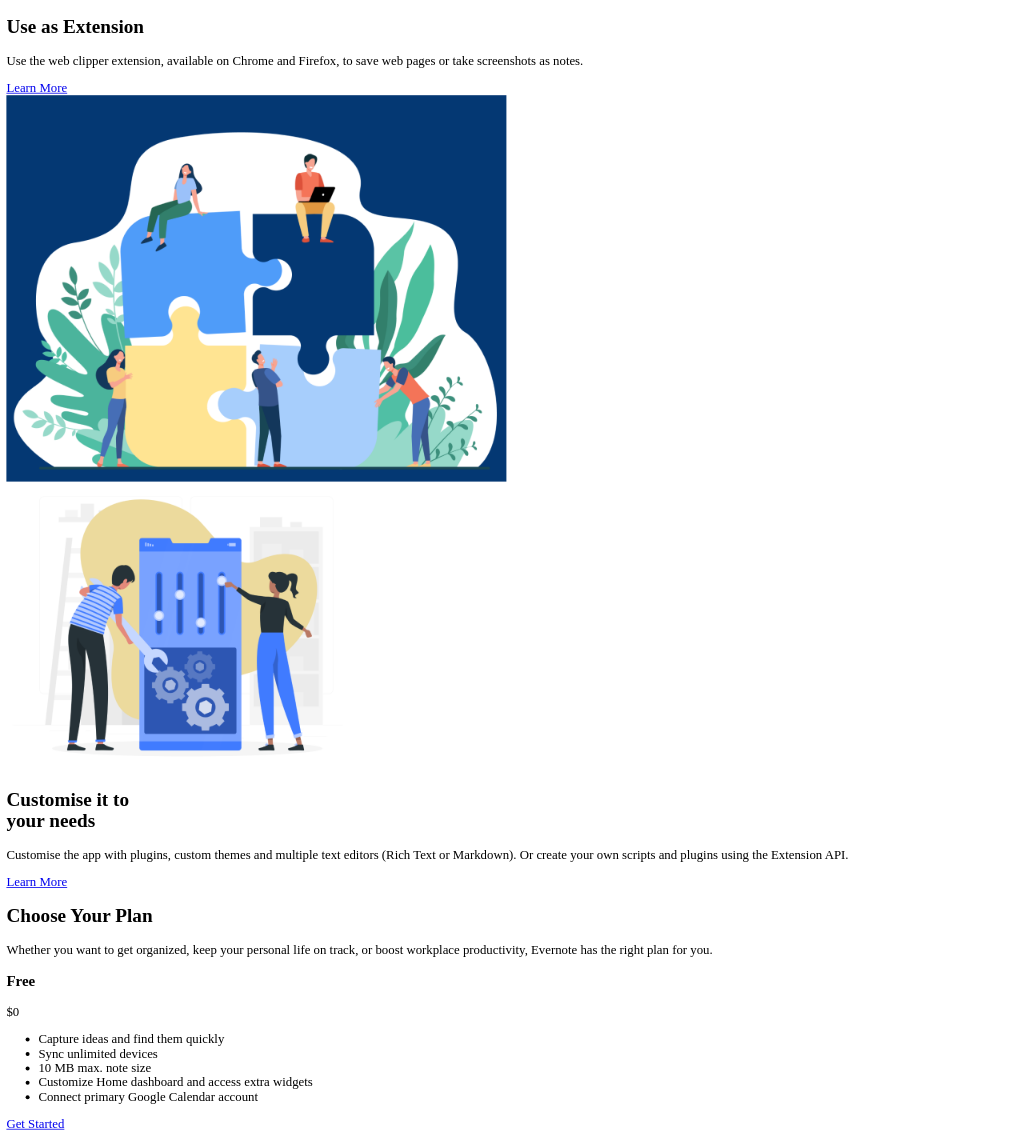
Repository: rinesagajtani0/whitespace_saas
Page: index.html
These files come from the project's save history. The page is drawn as it stood at one moment and after a run of saves; the edit follows.
The browser window is 1280 px wide. The pictures show the whole page, at 80% of full size.

Above is the page before, as saved 2025-11-02 12:14:43.

After the next 4 saves:
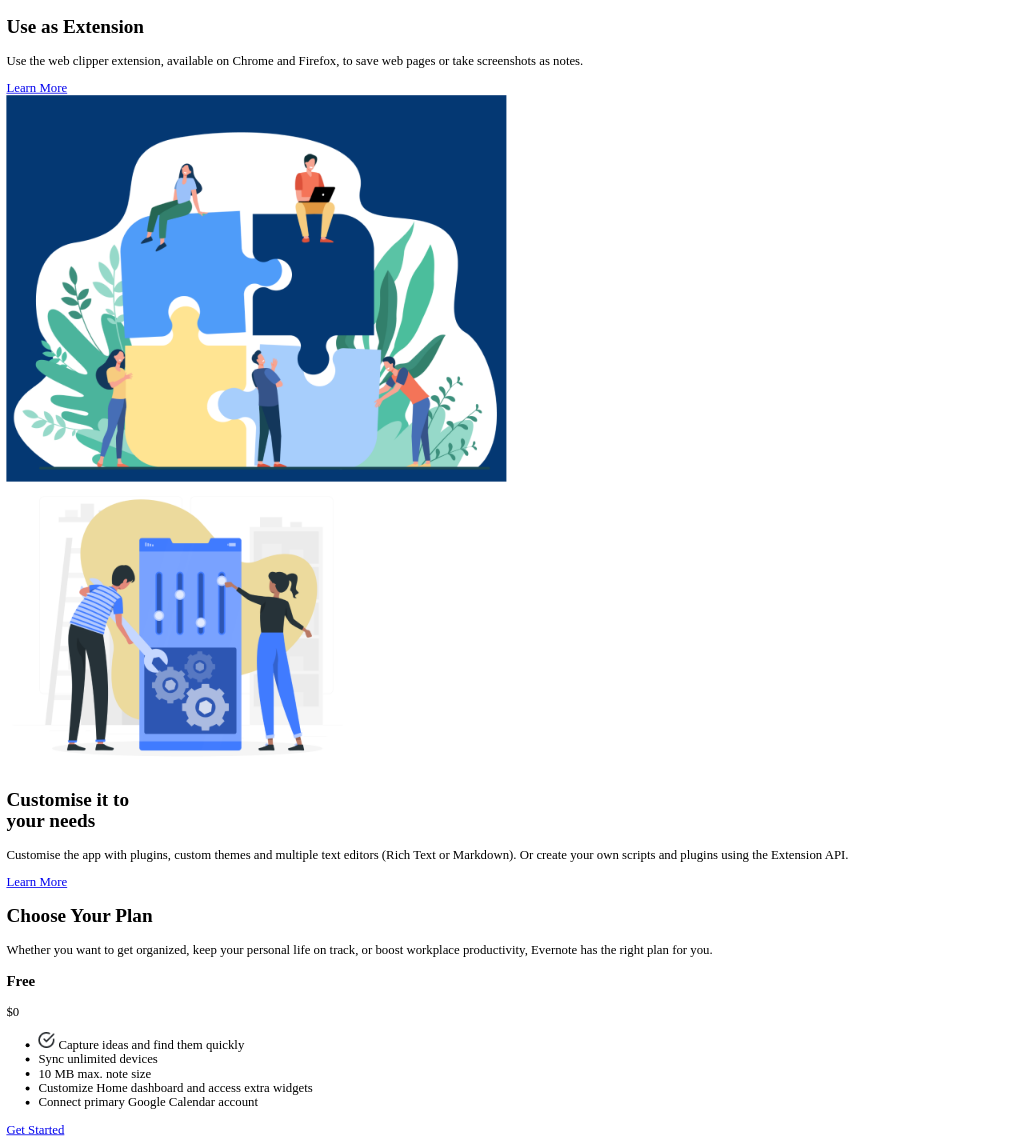
The 4 saves are shown as one change because they came seconds apart.
The last was saved 10 s later.
--- a/index.html
+++ b/index.html
@@ -61,6 +61,7 @@
           <p class="pricing__price">$0</p>
            <ul class="pricing__features">
             <li>
+              <img src="img/Icon.png" alt="">
               Capture ideas and find them quickly</li>
             <li>Sync unlimited devices</li>
             <li>10 MB max. note size</li>
